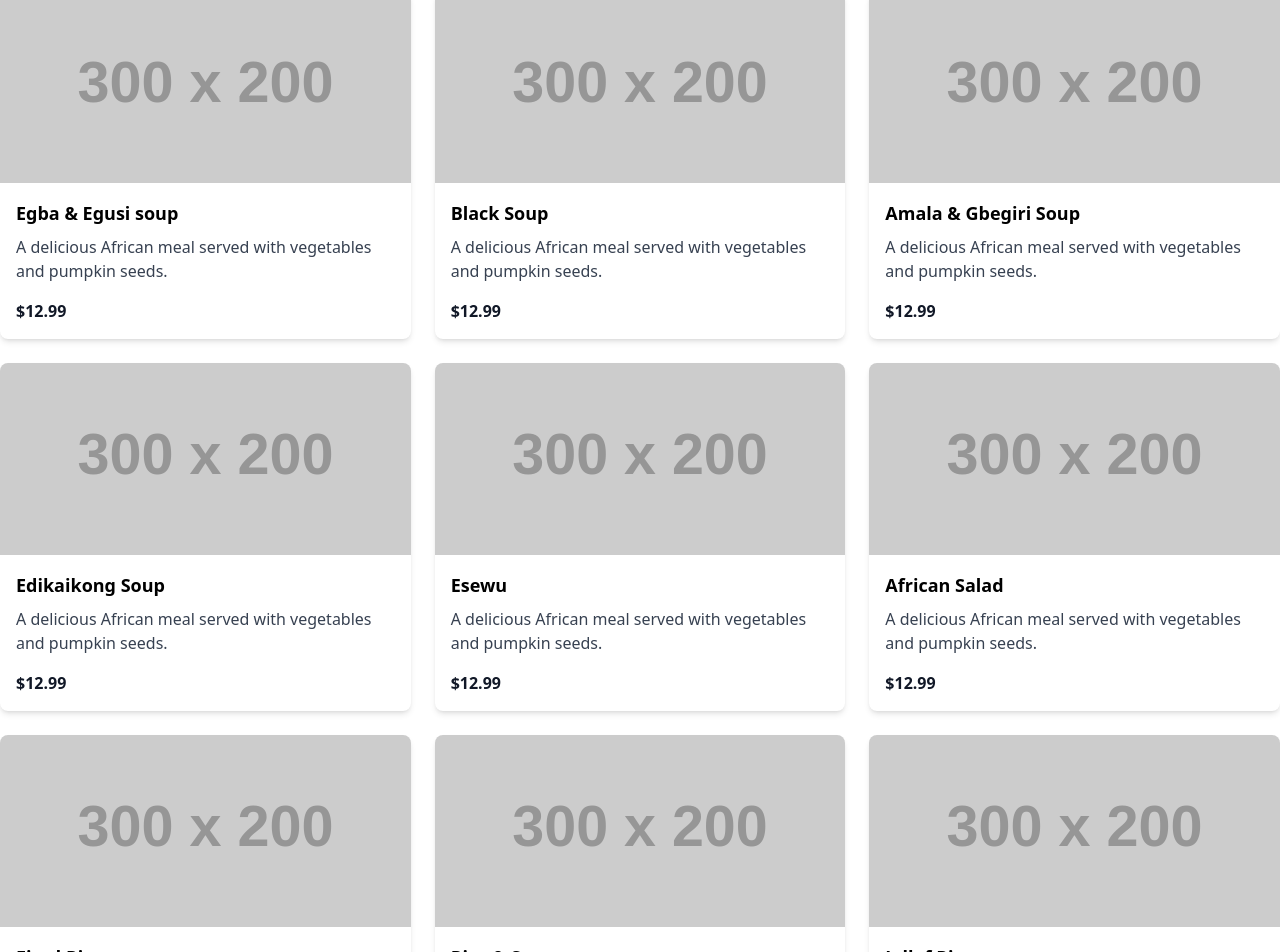
Repository: countaustin1990/BUKKAHUT
Page: Menu.test.html
An editor plug-in stored every save of this project. The page is shown before and after the next save, followed by the edit.
The browser window is 1280 px wide. The pictures show the part of the page from y = 537 to 1489 px (the page is 2374 px tall before and 2302 px after).
A picture or video elsewhere on the page could not be fetched, so the positions and the page height are approximate. Some web libraries are served in a nearby version.

Above is the page before, as saved 2024-08-26 01:25:50.

After the next save:
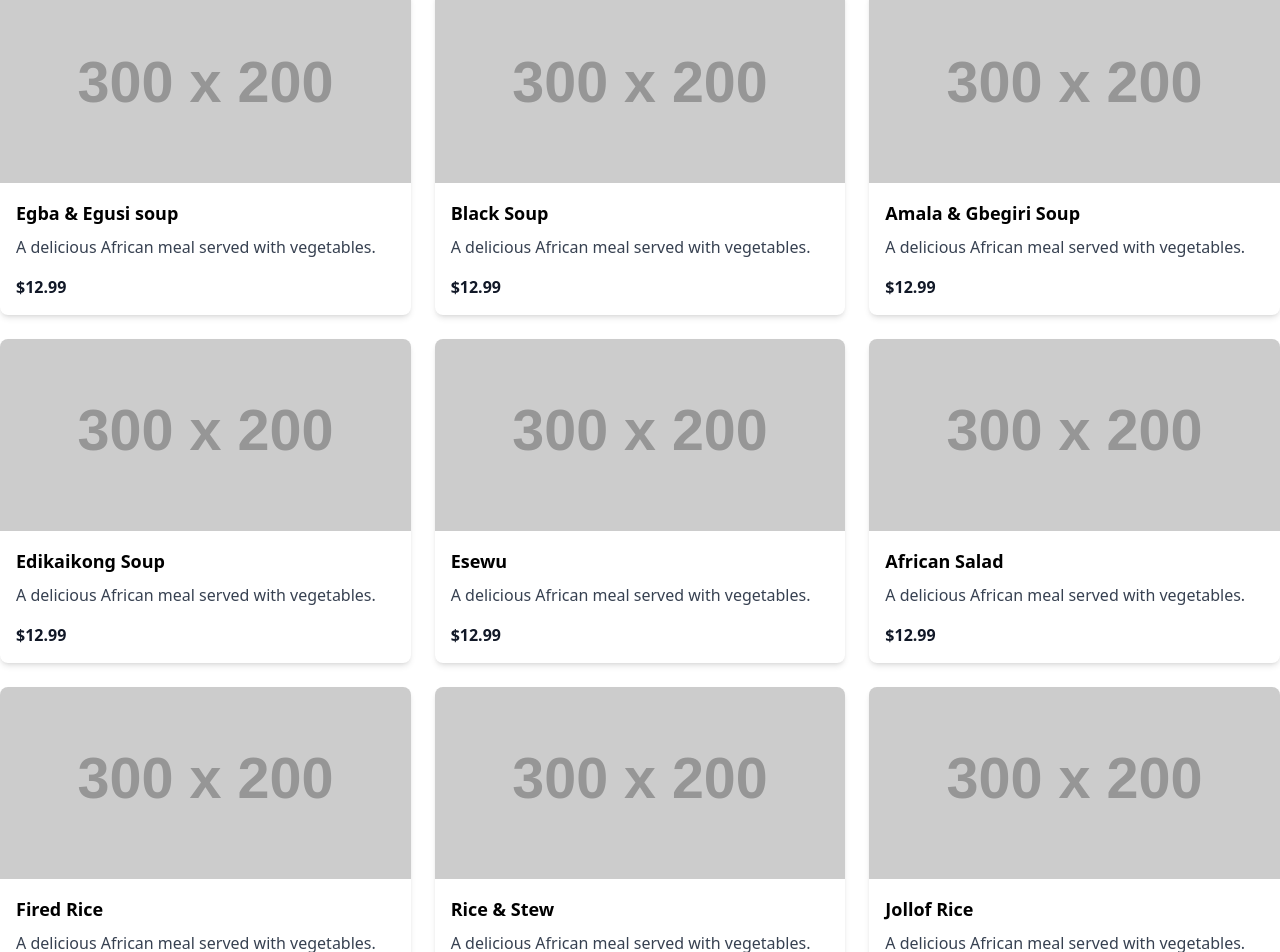
Saved 99 s later.
--- a/Menu.test.html
+++ b/Menu.test.html
@@ -104,7 +104,7 @@
                     <img src="https://via.placeholder.com/300x200" alt="Meal" class="w-full h-48 object-cover">
                     <div class="p-4">
                         <h3 class="text-lg font-bold mb-2">Egba & Egusi soup</h3>
-                        <p class="text-gray-700">A delicious African meal served with vegetables and pumpkin seeds.</p>
+                        <p class="text-gray-700">A delicious African meal served with vegetables.</p>
                         <p class="text-gray-900 font-bold mt-4">$12.99</p>
                     </div>
                 </div>
@@ -113,7 +113,7 @@
                     <img src="https://via.placeholder.com/300x200" alt="Meal" class="w-full h-48 object-cover">
                     <div class="p-4">
                         <h3 class="text-lg font-bold mb-2">Black Soup</h3>
-                        <p class="text-gray-700">A delicious African meal served with vegetables and pumpkin seeds.</p>
+                        <p class="text-gray-700">A delicious African meal served with vegetables.</p>
                         <p class="text-gray-900 font-bold mt-4">$12.99</p>
                     </div>
                 </div>
@@ -123,7 +123,7 @@
                     <img src="https://via.placeholder.com/300x200" alt="Meal" class="w-full h-48 object-cover">
                     <div class="p-4">
                         <h3 class="text-lg font-bold mb-2">Amala & Gbegiri Soup</h3>
-                        <p class="text-gray-700">A delicious African meal served with vegetables and pumpkin seeds.</p>
+                        <p class="text-gray-700">A delicious African meal served with vegetables.</p>
                         <p class="text-gray-900 font-bold mt-4">$12.99</p>
                     </div>
                 </div>
@@ -133,7 +133,7 @@
                     <img src="https://via.placeholder.com/300x200" alt="Meal" class="w-full h-48 object-cover">
                     <div class="p-4">
                         <h3 class="text-lg font-bold mb-2">Edikaikong Soup</h3>
-                        <p class="text-gray-700">A delicious African meal served with vegetables and pumpkin seeds.</p>
+                        <p class="text-gray-700">A delicious African meal served with vegetables.</p>
                         <p class="text-gray-900 font-bold mt-4">$12.99</p>
                     </div>
                 </div>
@@ -143,7 +143,7 @@
                     <img src="https://via.placeholder.com/300x200" alt="Meal" class="w-full h-48 object-cover">
                     <div class="p-4">
                         <h3 class="text-lg font-bold mb-2">Esewu</h3>
-                        <p class="text-gray-700">A delicious African meal served with vegetables and pumpkin seeds.</p>
+                        <p class="text-gray-700">A delicious African meal served with vegetables.</p>
                         <p class="text-gray-900 font-bold mt-4">$12.99</p>
                     </div>
                 </div>
@@ -153,7 +153,7 @@
                     <img src="https://via.placeholder.com/300x200" alt="Meal" class="w-full h-48 object-cover">
                     <div class="p-4">
                         <h3 class="text-lg font-bold mb-2">African Salad</h3>
-                        <p class="text-gray-700">A delicious African meal served with vegetables and pumpkin seeds.</p>
+                        <p class="text-gray-700">A delicious African meal served with vegetables.</p>
                         <p class="text-gray-900 font-bold mt-4">$12.99</p>
                     </div>
                 </div>
@@ -163,7 +163,7 @@
                     <img src="https://via.placeholder.com/300x200" alt="Meal" class="w-full h-48 object-cover">
                     <div class="p-4">
                         <h3 class="text-lg font-bold mb-2">Fired Rice</h3>
-                        <p class="text-gray-700">A delicious African meal served with vegetables and pumpkin seeds.</p>
+                        <p class="text-gray-700">A delicious African meal served with vegetables.</p>
                         <p class="text-gray-900 font-bold mt-4">$12.99</p>
                     </div>
                 </div>
@@ -173,7 +173,7 @@
                     <img src="https://via.placeholder.com/300x200" alt="Meal" class="w-full h-48 object-cover">
                     <div class="p-4">
                         <h3 class="text-lg font-bold mb-2">Rice & Stew</h3>
-                        <p class="text-gray-700">A delicious African meal served with vegetables and pumpkin seeds.</p>
+                        <p class="text-gray-700">A delicious African meal served with vegetables.</p>
                         <p class="text-gray-900 font-bold mt-4">$12.99</p>
                     </div>
                 </div>
@@ -183,7 +183,7 @@
                     <img src="https://via.placeholder.com/300x200" alt="Meal" class="w-full h-48 object-cover">
                     <div class="p-4">
                         <h3 class="text-lg font-bold mb-2">Jollof Rice</h3>
-                        <p class="text-gray-700">A delicious African meal served with vegetables and pumpkin seeds.</p>
+                        <p class="text-gray-700">A delicious African meal served with vegetables.</p>
                         <p class="text-gray-900 font-bold mt-4">$12.99</p>
                     </div>
                 </div>
